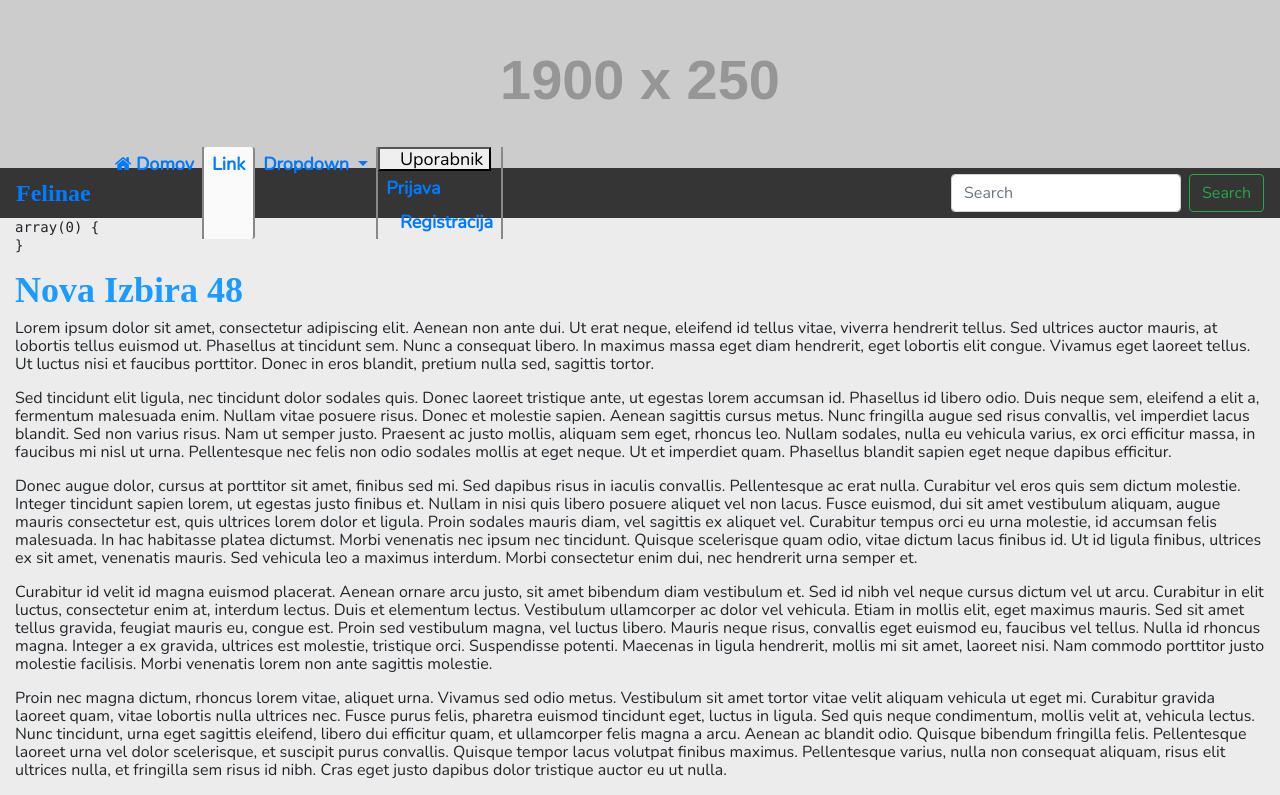
Repository: UrbyK/Felinae
Page: http://localhost/index.php?page=home
An editor plug-in stored every save of this project. The page is shown before and after the next save, followed by the edit.
The browser window is 1280 px wide. The pictures show the whole page.
Some web fonts or font styles are not loaded; a fallback is used. The page is run by PHP 8.4 with error messages shown; the project is at /var/www/html/.

Above is the page before, as saved 2020-08-12 11:25:25.

After the next save:
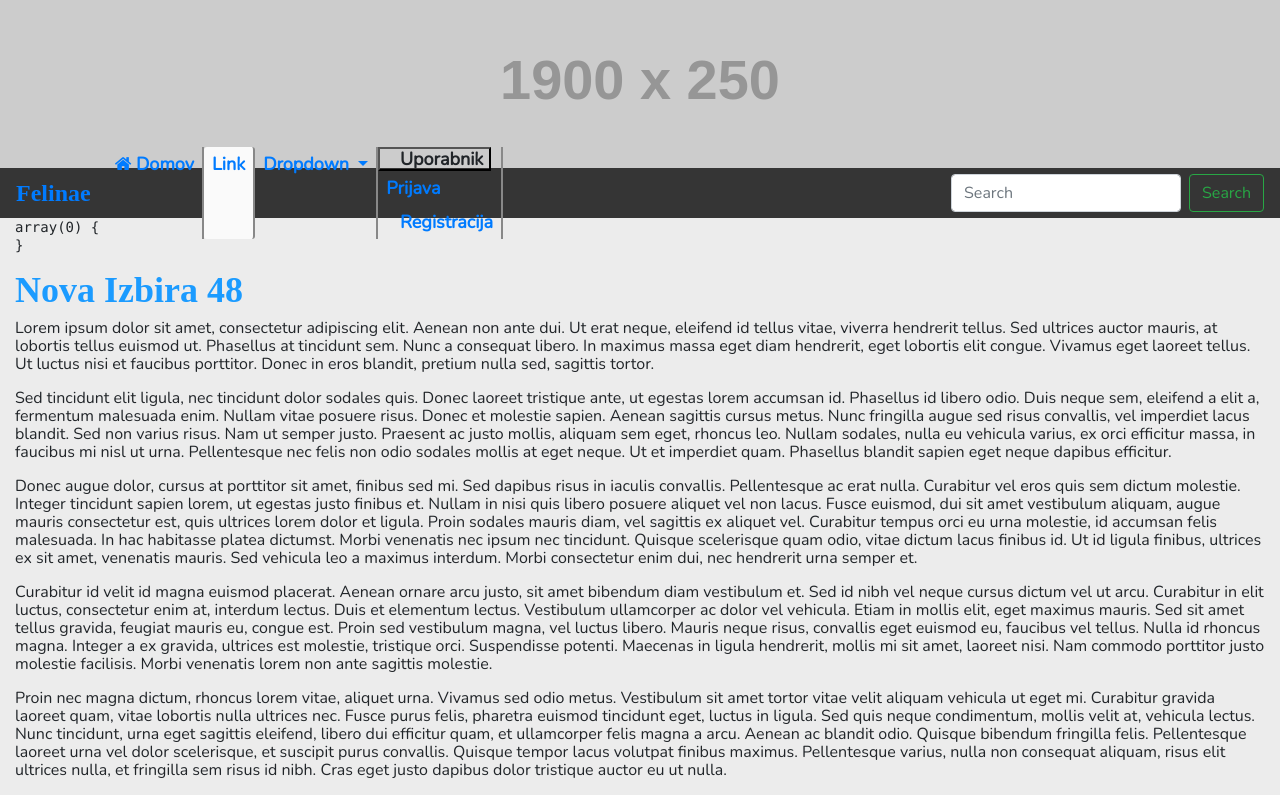
Saved 3 min 43 s later.
--- a/css/style.css
+++ b/css/style.css
@@ -76,6 +76,12 @@ h6{
     border-right: 2px solid #888;
 }
 
+.navbar .dropdown .dropbtn{
+    background-color: inherit;
+    color: inherit;
+    font: inherit;
+}
+
 
 /*REGISTER/LOGIN FORM*/
 
